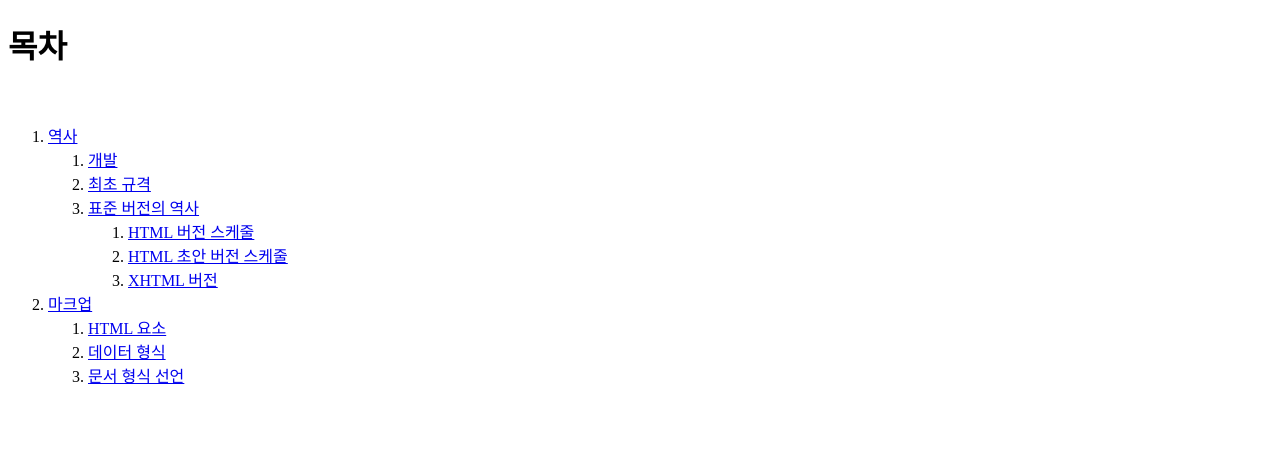
Repository: ggandory/CODE
Page: test3.html
An editor plug-in stored every save of this project. The page is shown before and after the next save, followed by the edit.
The browser window is 1280 px wide. The pictures show the whole page.

Above is the page before, as saved 2024-01-03 23:09:15.

### test3.html
<!DOCTYPE html>
<html lang="en">
  <head>
    <meta charset="UTF-8" />
    <meta name="viewport" content="width=device-width, initial-scale=1.0" />
    <title>Wiki</title>
  </head>
  <body>
    <div>
      <h1>목차</h1>
      <br />
      <ol>
        <li>
          <a href="#">역사</a>
          <ol>
            <li><a href="#">개발</a></li>
            <li><a href="#">최초 규격</a></li>
            <li><a href="#">표준 버전의 역사</a></li>
            <ol>
              <li><a href="#">HTML 버전 스케줄</a></li>
              <li><a href="#">HTML 초안 버전 스케줄</a></li>
              <li><a href="#">XHTML 버전</a></li>
            </ol>
          </ol>
        </li>
        <li><a href="#">마크업</a></li>
        <ol>
          <li><a href="#">HTML 요소</a></li>
          <li><a href="#">데이터 형식</a></li>
          <li><a href="#">문서 형식 선언</a></li>
        </ol>
      </ol>
    </div>
  </body>
</html>

After the next save:
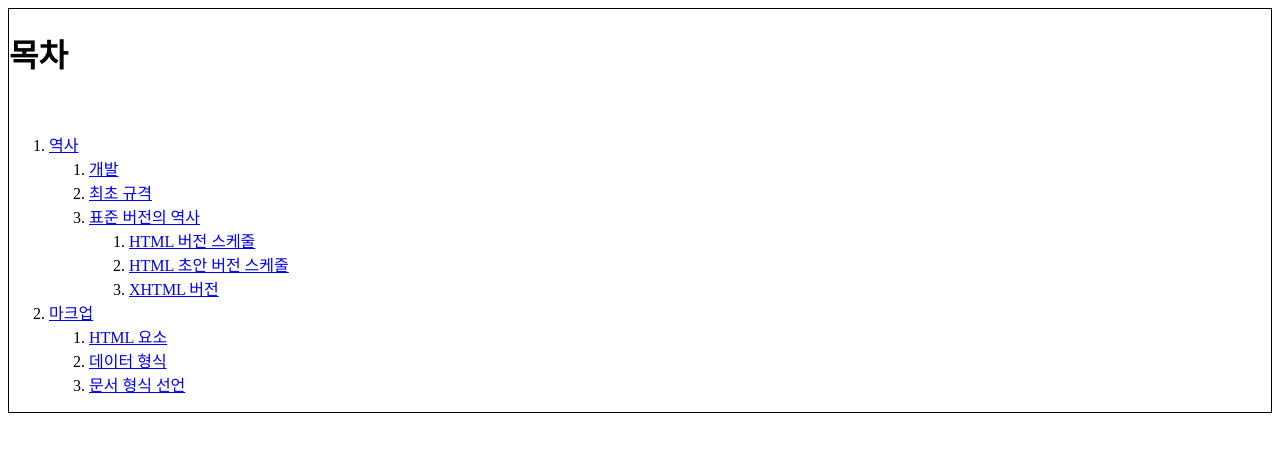
Saved 77 s later.
--- a/test3.html
+++ b/test3.html
@@ -6,7 +6,7 @@
     <title>Wiki</title>
   </head>
   <body>
-    <div>
+    <div style="border: 1px solid">
       <h1>목차</h1>
       <br />
       <ol>
